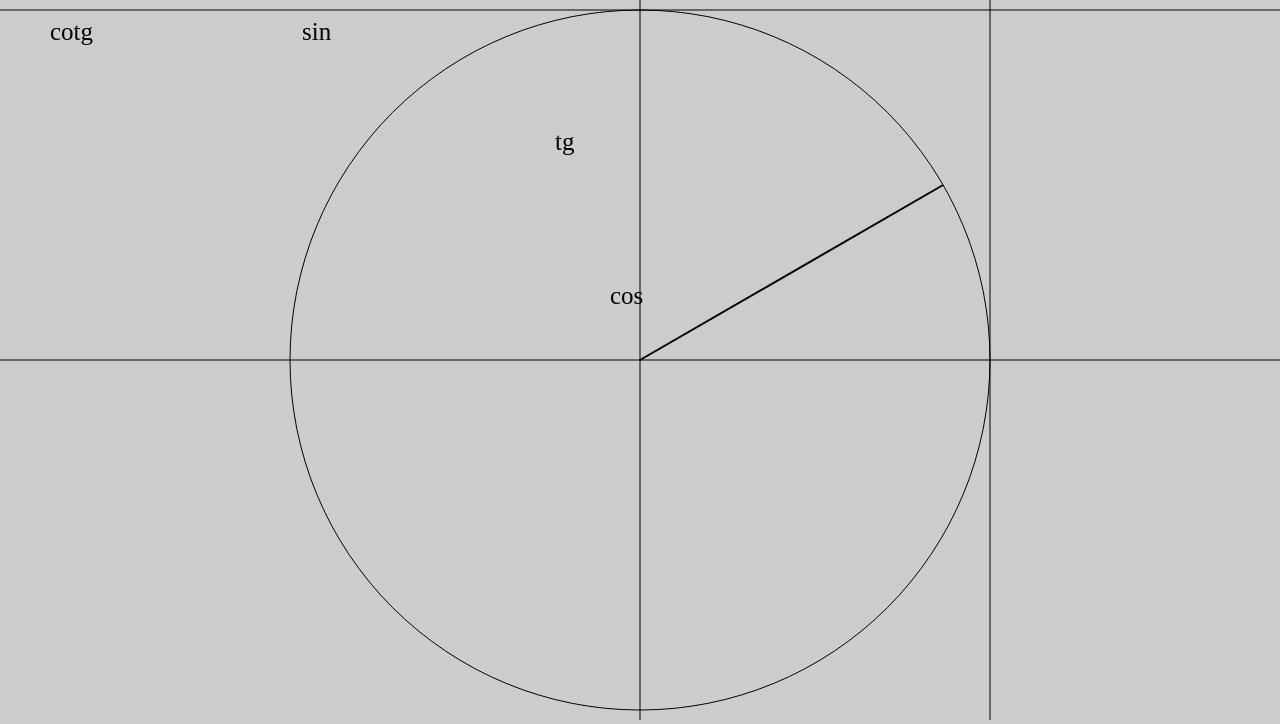
Repository: BraynStorm/braynstorm.github.io
Page: http://localhost/
An editor plug-in stored every save of this project. The page is shown before and after the next save, followed by the edit.
The browser window is 1280 px wide. The pictures show the whole page.
The page is run by PHP 8.4 with error messages shown; the project is at /var/www/html/.

Above is the page before, as saved 2015-02-24 16:00:34.

### JSDrawing/index.php
<!DOCTYPE html>
<html>
	<head>
		<meta charset="UTF-8">
		<title>Insert title here</title>
		<link rel="stylesheet" type="text/css" href="main.css"/>
		<script type="text/javascript" src="js/jquery-2.1.3.min.js"></script>
		<script type="text/javascript" src="js/swgDrawing.js"></script>

	</head>
	<body>
		<div id="content">
			<svg width="1000" height="1000">
				<circle id="mainCircle" cx="300" cy="300" r="250" fill="none" stroke="black" />
				<line x1="300" y1="0" x2="300" y2="600" style="stroke:rgb(0,0,0);stroke-width:1;" id="sinLine" />
				<line x1="0" y1="300" x2="600" y2="300" style="stroke:rgb(0,0,0);stroke-width:1;" id="cosLine" />

				<line x1="550" y1="0" x2="550" y2="600" style="stroke:rgb(0,0,0);stroke-width:1;" id="tgLine" />
				<line x1="0" y1="50" x2="600" y2="50" style="stroke:rgb(0,0,0);stroke-width:1;" id="cotgLine" />

				<text x="610" y="304" style="font-size:25px;">cos</text>
				<text x="302" y="40" style="font-size:25px;">sin</text>
				<text x="555" y="150" style="font-size:25px;">tg</text>
				<text x="50" y="40" style="font-size:25px;">cotg</text>


				<!--  THE ANGLE -->

				<line id="angle" x1="300" y1="300" x2="0" y2="0" style="stroke:rgb(0,0,0);stroke-width:2;" />


			</svg>

			<input type="text" value="30" id="angleBox" />
		</div>
	</body>
</html>

### JSDrawing/main.css
@CHARSET "UTF-8";

body{
	background-color: #CCC;
	padding: 0;
	margin: 0;
	overflow: hidden;
}

svg{
	margin-top: 0px;
}

#angleBox{
	position: fixed;
	bottom: 10px;
}

### JSDrawing/js/swgDrawing.js
$(document).ready(function (){
	var box			= $("#angleBox");
	var beginX		= window.innerWidth/2;
	var beginY		= window.innerHeight/2;


	var radius		= 350;

	var svg			= $('svg');

	var circle		= $('#mainCircle');

	var sinLine 	= $("#sinLine");
	var cosLine		= $("#cosLine");
	var tgLine		= $("#tgLine");
	var cotgLine	= $("#cotgLine");
	var angleArm	= $("#angle");


	svg.css({
		width:  window.innerWidth,
		height: window.innerHeight
	});

	circle.attr({
		cx : beginX,
		cy : beginY,
		r : radius
	});

	sinLine.attr({
		x1: beginX,
		y1: 0,
		x2: beginX,
		y2: window.innerHeight
	});


	cosLine.attr({
		x1: 0,
		y1: beginY,
		x2: window.innerWidth,
		y2: beginY
	});


	tgLine.attr({
		x1: beginX + radius,
		y1: 0,
		x2: beginX + radius,
		y2: window.innerHeight
	});

	cotgLine.attr({
		x1: 0,
		y1: beginY - radius,
		x2: window.innerWidth,
		y2: beginY - radius
	});

	angleArm.attr({
		x1: beginX,
		y1: beginY
	});

	var angle = 0;


	var animator;


	animateAngle();

	function animateAngle(){
		var toAngle = parseInt(box.val());

		if(angle-toAngle > 0){
			angle -= 1;
		}else if (angle-toAngle < 0){
			angle += 1;
		}else{

		}
		var radians = (Math.PI * 2) * (angle % 360) / 360 ;

		x = beginX + (Math.cos(radians) * radius);
		y = beginY - (Math.sin(radians) * radius);


		angleArm.attr("x2", x);
		angleArm.attr("y2", y);

		animator = setTimeout(animateAngle, 10/Math.abs(angle-toAngle));
	}

});

Loaded but not shown: JSDrawing/js/jquery-2.1.3.min.js (library)

After the next save:
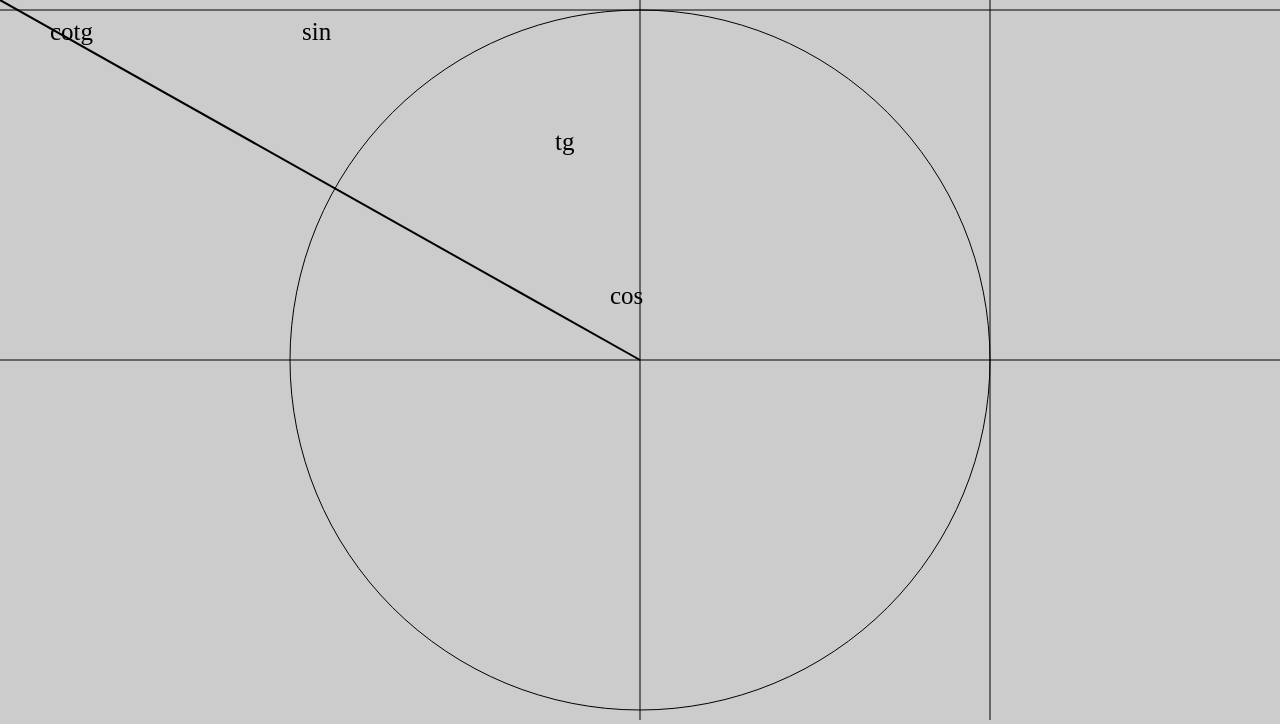
Console error: ReferenceError: radians is not defined
Saved 8 min 35 s later.
--- a/JSDrawing/js/swgDrawing.js
+++ b/JSDrawing/js/swgDrawing.js
@@ -69,7 +69,14 @@
 	var animator;
 
 
-	animateAngle();
+	angleArm.animate(500).attr({
+		x2: beginX + (Math.cos(radians) * radius),
+		y2: beginY - (Math.sin(radians) * radius)
+	});
+
+
+
+	//animateAngle();
 
 	function animateAngle(){
 		var toAngle = parseInt(box.val());

After the save that followed:
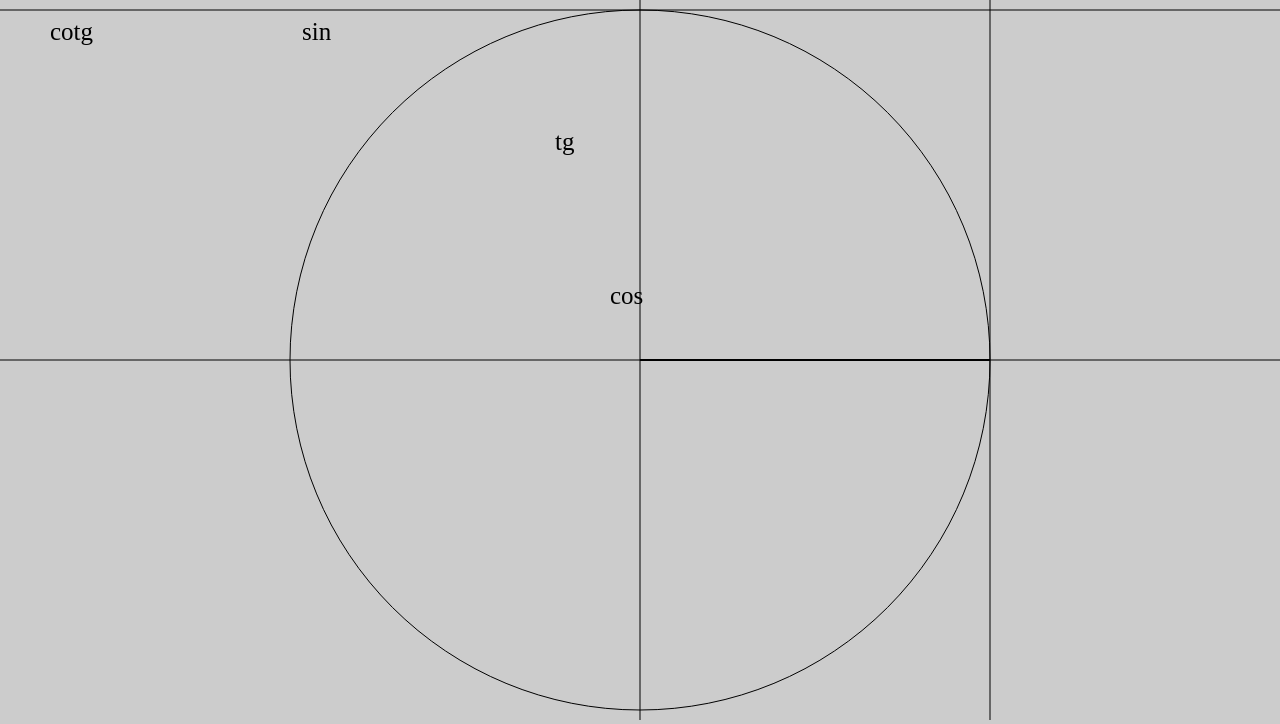
The error is gone.
Saved 19 s later.
--- a/JSDrawing/js/swgDrawing.js
+++ b/JSDrawing/js/swgDrawing.js
@@ -68,7 +68,7 @@
 
 	var animator;
 
-
+	var radians = (Math.PI * 2) * (angle % 360) / 360 ;
 	angleArm.animate(500).attr({
 		x2: beginX + (Math.cos(radians) * radius),
 		y2: beginY - (Math.sin(radians) * radius)
